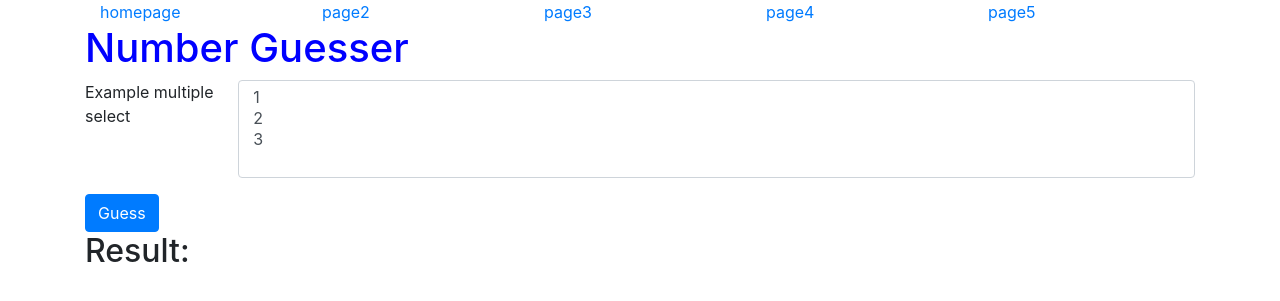
Repository: sanderdebr/cs50
Page: pset8/homepage/index.html
The author's editor kept a record of every edit. The page is drawn from the files as they stood at one moment, then again after the next edit.
The browser window is 1280 px wide. The pictures show the whole page.

Above is the page before.
Console error: TypeError: Cannot read properties of null (reading 'appendChild')

After the next edit:
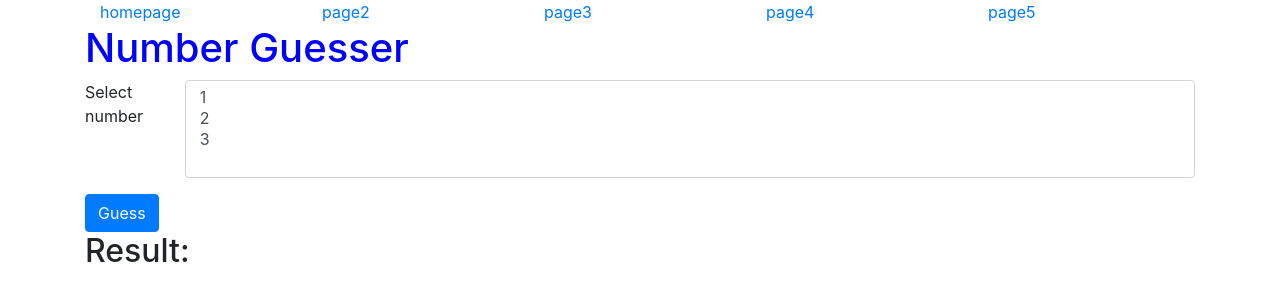
The edit:
--- a/pset8/homepage/index.html
+++ b/pset8/homepage/index.html
@@ -20,7 +20,7 @@
             <h1>Number Guesser</h1>
             <form>
               <div class="form-group">
-                <label for="exampleFormControlSelect2">Example multiple select</label>
+                <label for="exampleFormControlSelect2">Select number</label>
                 <select multiple class="form-control" id="exampleFormControlSelect2">
                   <option>1</option>
                   <option>2</option>
